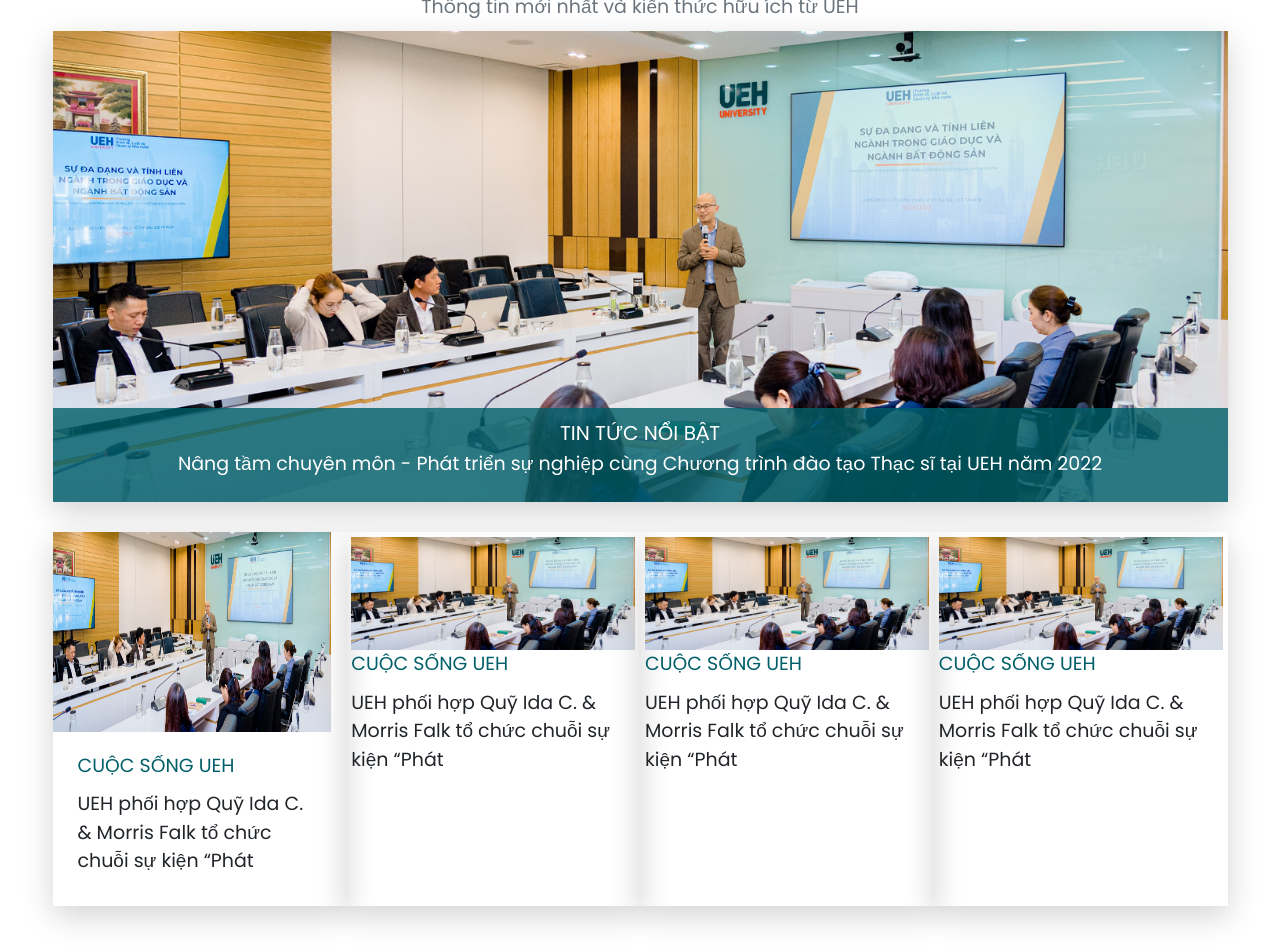
Repository: Jackietruong2805/frontends
Page: html css/ueh/index.html
The author's editor kept a copy of each file at every save. The page is drawn from the files as they stood at one save, then again after the next save.
The browser window is 1280 px wide. The page is 1288 px wide, so the pictures cover 1288 px, including what lies to the right of the window. The pictures show the part of the page from y = 768 to 1720 px (the page is 1720 px tall).
Some web libraries are served in a nearby version.

Above is the page before, as saved 2022-06-20 09:43:58.

After the next save:
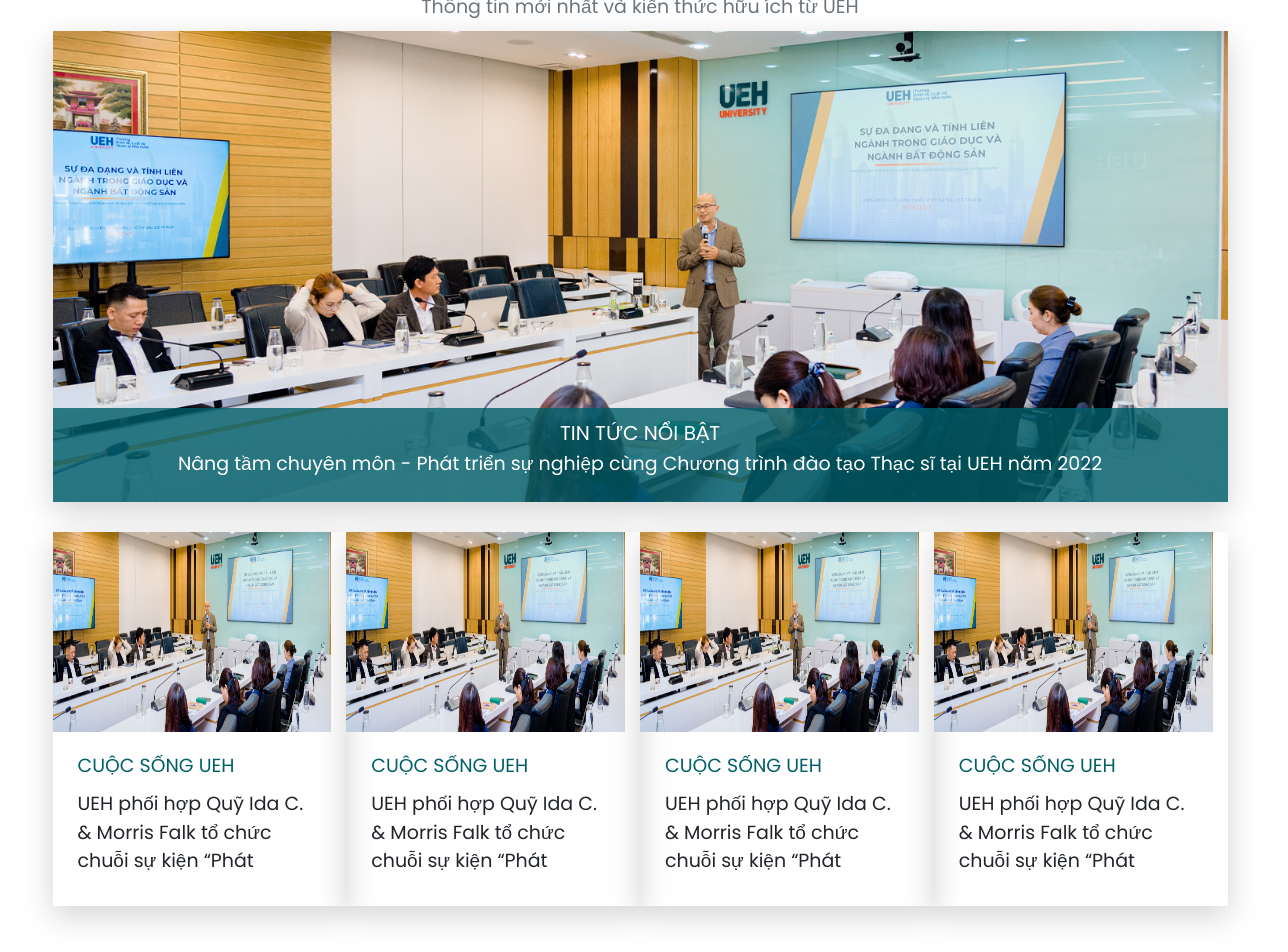
Saved 43 s later.
--- a/html css/ueh/index.html
+++ b/html css/ueh/index.html
@@ -210,29 +210,41 @@
                 </p>
               </div>
             </div>
-            <div class="col-3 p-0 p-2 shadow-lg">
-              <img class="img-fluid" src="./img/news-1.jpg" alt="news-1" />
-              <p style="color: rgb(0, 95, 105)">CUỘC SỐNG UEH</p>
-              <p>
-                UEH phối hợp Quỹ Ida C. & Morris Falk tổ chức chuỗi sự kiện
-                “Phát
-              </p>
-            </div>
-            <div class="col-3 p-0 p-2 shadow-lg">
-              <img class="img-fluid" src="./img/news-1.jpg" alt="news-1" />
-              <p style="color: rgb(0, 95, 105)">CUỘC SỐNG UEH</p>
-              <p>
-                UEH phối hợp Quỹ Ida C. & Morris Falk tổ chức chuỗi sự kiện
-                “Phát
-              </p>
-            </div>
-            <div class="col-3 p-0 p-2 shadow-lg">
-              <img class="img-fluid" src="./img/news-1.jpg" alt="news-1" />
-              <p style="color: rgb(0, 95, 105)">CUỘC SỐNG UEH</p>
-              <p>
-                UEH phối hợp Quỹ Ida C. & Morris Falk tổ chức chuỗi sự kiện
-                “Phát
-              </p>
+            <div class="col-3 p-0 pe-4 shadow-lg news__col">
+              <div class="news__img">
+                <img class="" src="./img/news-1.jpg" alt="news-1" />
+              </div>
+              <div class="new__content">
+                <p style="color: rgb(0, 95, 105)">CUỘC SỐNG UEH</p>
+                <p>
+                  UEH phối hợp Quỹ Ida C. & Morris Falk tổ chức chuỗi sự kiện
+                  “Phát
+                </p>
+              </div>
+            </div>
+            <div class="col-3 p-0 pe-4 shadow-lg news__col">
+              <div class="news__img">
+                <img class="" src="./img/news-1.jpg" alt="news-1" />
+              </div>
+              <div class="new__content">
+                <p style="color: rgb(0, 95, 105)">CUỘC SỐNG UEH</p>
+                <p>
+                  UEH phối hợp Quỹ Ida C. & Morris Falk tổ chức chuỗi sự kiện
+                  “Phát
+                </p>
+              </div>
+            </div>
+            <div class="col-3 p-0 pe-4 shadow-lg news__col">
+              <div class="news__img">
+                <img class="" src="./img/news-1.jpg" alt="news-1" />
+              </div>
+              <div class="new__content">
+                <p style="color: rgb(0, 95, 105)">CUỘC SỐNG UEH</p>
+                <p>
+                  UEH phối hợp Quỹ Ida C. & Morris Falk tổ chức chuỗi sự kiện
+                  “Phát
+                </p>
+              </div>
             </div>
           </div>
         </div>
